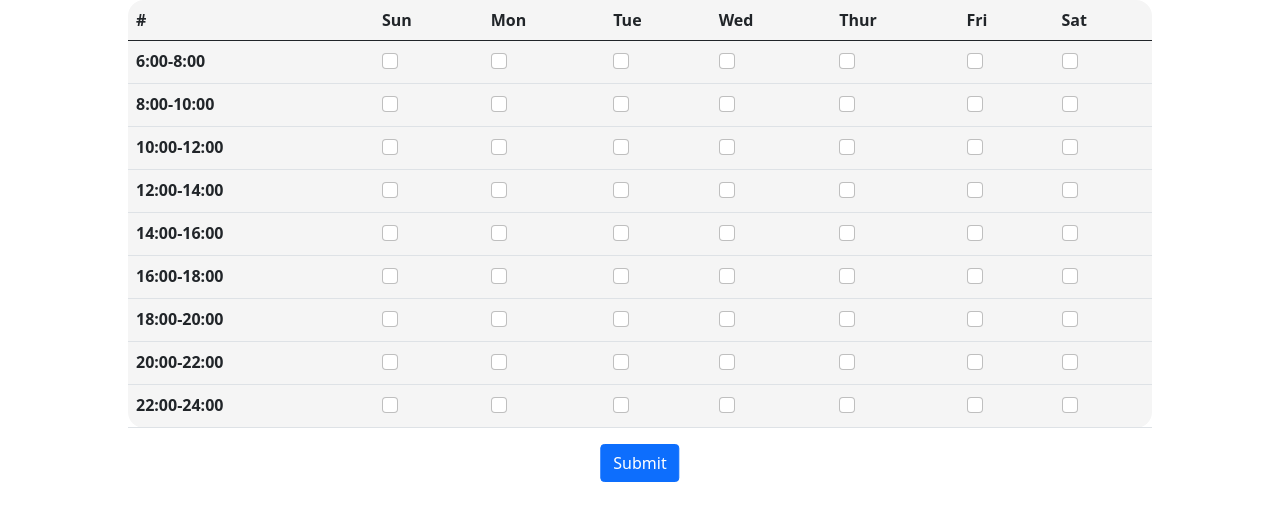
Repository: xich4932/fuxiguanli
Page: index_main.html
The author's editor kept a copy of each file at every save. The page is drawn from the files as they stood at one save, then again after the next save.
The browser window is 1280 px wide. The pictures show the whole page.

Above is the page before, as saved 2021-06-24 14:46:30.

After the next save:
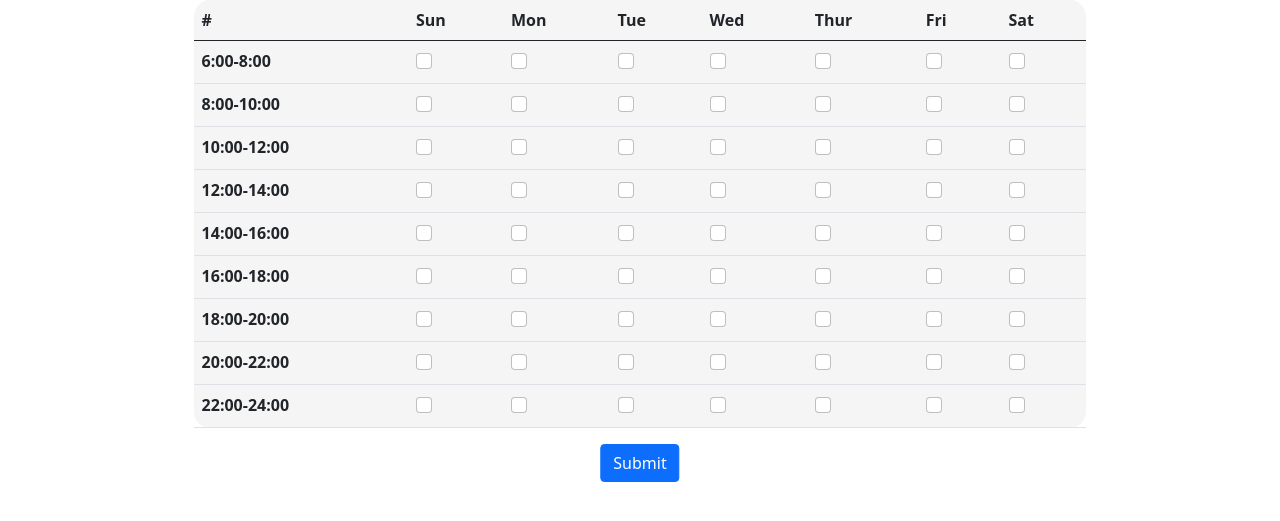
Saved 71 s later.
--- a/index_main.html
+++ b/index_main.html
@@ -24,7 +24,7 @@
     <script src="https://cdn.jsdelivr.net/npm/@popperjs/core@2.9.2/dist/umd/popper.min.js" integrity="sha384-IQsoLXl5PILFhosVNubq5LC7Qb9DXgDA9i+tQ8Zj3iwWAwPtgFTxbJ8NT4GN1R8p" crossorigin="anonymous"></script>
     <script src="https://cdn.jsdelivr.net/npm/bootstrap@5.0.1/dist/js/bootstrap.min.js" integrity="sha384-Atwg2Pkwv9vp0ygtn1JAojH0nYbwNJLPhwyoVbhoPwBhjQPR5VtM2+xf0Uwh9KtT" crossorigin="anonymous"></script>
     -->
-
+    <div class="container" id="table_itself">
     <div id="print_table" class="table_style">
       <table class="table" id = "this_table">
         <thead>
@@ -84,7 +84,7 @@
       <a class="btn btn-primary" href="class_main.html" style="visibility:hidden;" role="button" id="table_next">Next</a>
       -->
     </div>
-
+  </div>
 
     <div container style="visibility: hidden;" id="table_next">
       <div>
